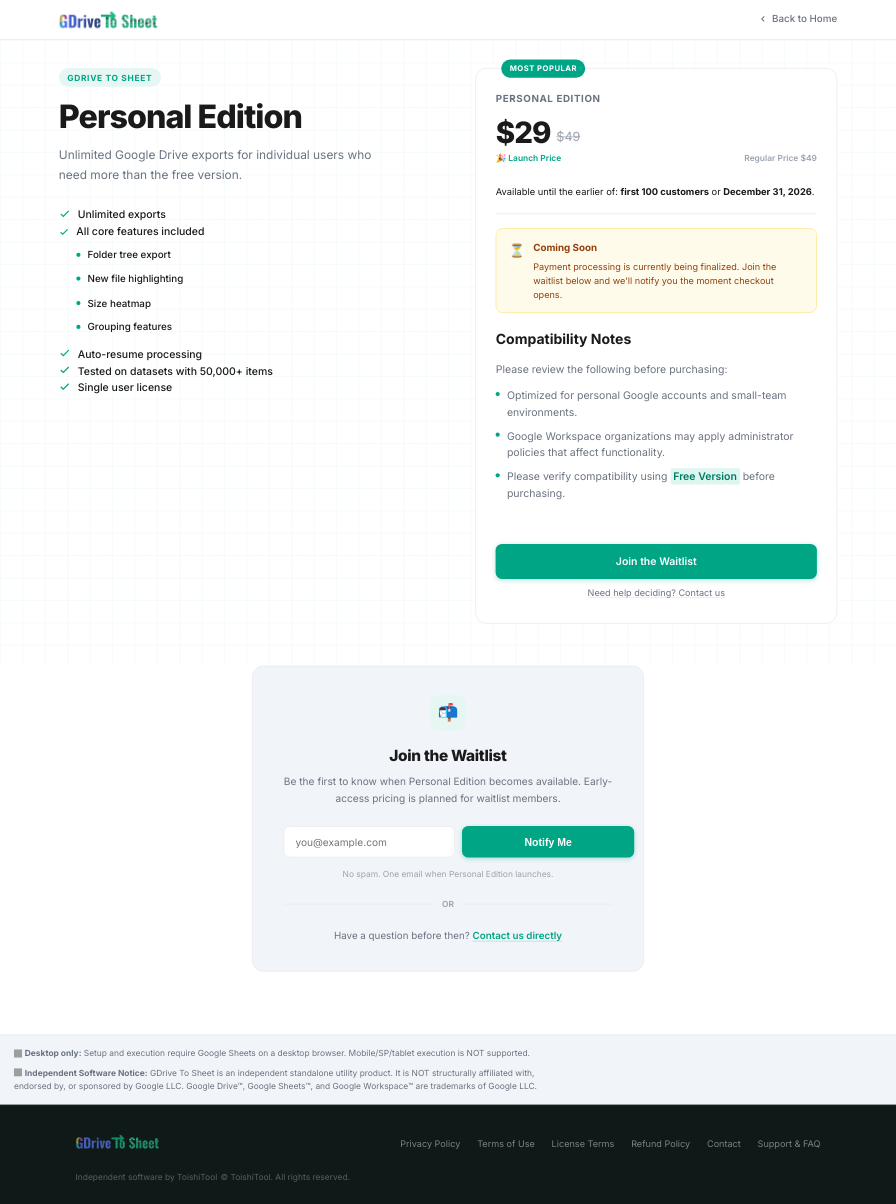
Repository: toishitool/gdrive-to-sheet
Page: personal-edition.html
An editor plug-in stored every save of this project. The page is shown before and after the next save, followed by the edit.
The browser window is 1280 px wide. The pictures show the whole page, at 70% of full size.
Pictures or frames that could not be fetched are drawn as grey boxes.

Above is the page before, as saved 2026-06-24 09:18:20.

After the next save:
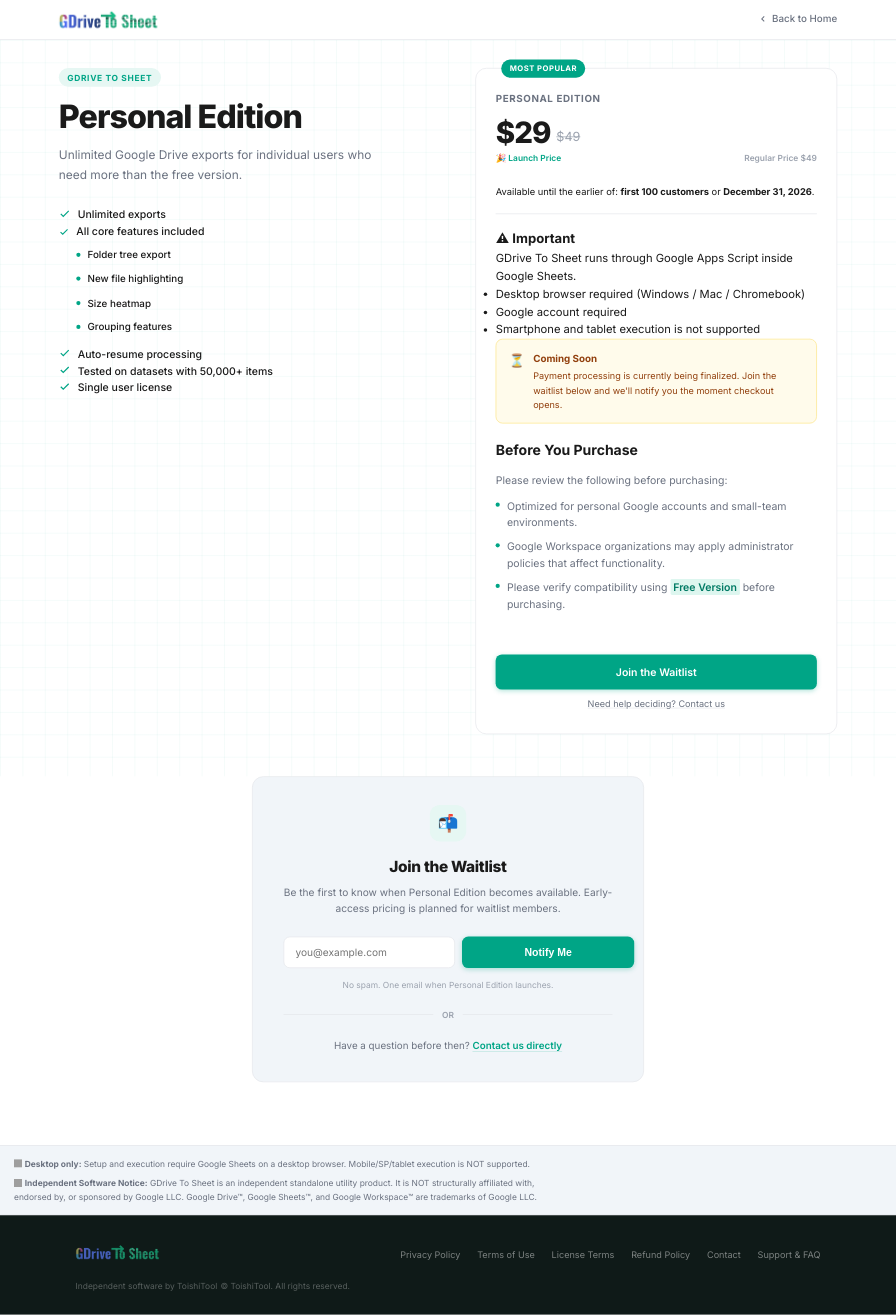
Saved 64 s later.
--- a/personal-edition.html
+++ b/personal-edition.html
@@ -92,6 +92,21 @@
             <small> Available until the earlier of: <strong>first 100 customers</strong> or <strong>December 31, 2026</strong>. </small> </div>
           <div class="price-divider"></div>
 
+
+          <div class="important-notice">
+  <h3>⚠ Important</h3>
+  <p>
+    GDrive To Sheet runs through Google Apps Script inside Google Sheets.
+  </p>
+
+  <ul>
+    <li>Desktop browser required (Windows / Mac / Chromebook)</li>
+    <li>Google account required</li>
+    <li>Smartphone and tablet execution is not supported</li>
+  </ul>
+</div>
+
+
           <div class="coming-soon">
             <span class="cs-icon">⏳</span>
             <div>
@@ -103,7 +118,7 @@
 
 
           <div class="policy-section">
-            <h2>Compatibility Notes</h2>
+            <h2>Before You Purchase</h2>
             <p>Please review the following before purchasing:</p>
             <ul>
               <li>Optimized for personal Google accounts and small-team environments.</li>
